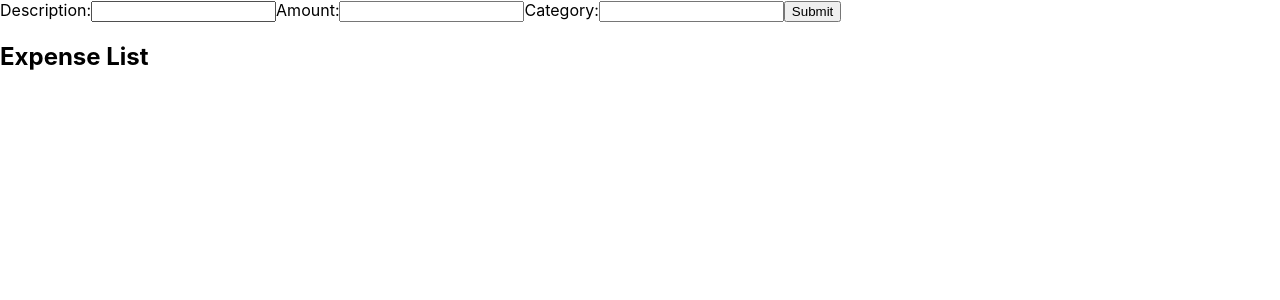
Repository: Victor-MGB/basic-expense-tracker
Page: / (app in expense-tracker/)
These files come from the project's save history. The page is drawn as it stood at one moment and after the next save; the edit follows.
The browser window is 1280 px wide. The pictures show the whole page.
The project was rebuilt for these pictures with package versions that can differ from the ones it lists, and the page was loaded fresh each time. Also part of the build but not shown: expense-tracker/src/component/ExpenseItem.js.

Above is the page before, as saved 2023-12-10 22:39:10.

### expense-tracker/src/App.js
import React, { useState } from 'react';
import { ExpenseForm } from './component/ExpenseForm';
import ExpenseList from './component/ExpenseList';
function App(){

  const [expense,setExpense]=useState([])
  const handleAddExpense=(newExpense)=>{
    setExpense([...expense,newExpense])
  }

  const handleDeleteExpense=(expenseId)=>{
    setExpense(expense.filter((expense)=>expense.id !== expenseId))
  }

  const handleUpdateExpense=(updatedExpense)=>{
    setExpense((prevExpense)=>prevExpense.map((expense)=>expense.id === updatedExpense.id ? updatedExpense : expense
    )
    )
  }
  return(
    <>
    <ExpenseForm onAddExpense={handleAddExpense}/>
    <ExpenseList expense={expense}
    onDeleteExpense={handleDeleteExpense}
    onUpdateExpense={handleUpdateExpense}/>
    </>
  )
}
export default App;

### expense-tracker/src/component/ExpenseForm.js
import React, { useState } from 'react'
export function ExpenseForm({onAddExpense}) {
    const [description,setDescription] = useState('');
    const [amount,setAmount] = useState('');
    const [category,setCategory] = useState('')

    const handleDescription=(e)=>{
        setDescription(e.target.value)
    }

    const handleAmount=(e)=>{
        setAmount(e.target.value)
    }

    const handleCategory =(e)=>{
        setCategory(e.target.value)
    }


    const handleSubmit=(e)=>{
        e.preventDefault()

        if(!description || !amount ||!category){
            alert('fill in the field')
            return;

        }

        const newExpense = {
            id:Date.now(),
            description,
            amount:parseFloat(amount),
            category,
        }

        onAddExpense(newExpense);

        setDescription('');
        setAmount('');
        setCategory('')
    }

    const formStyle ={
        maxWidth:''
    }

    return (
        <>
           <form onSubmit={handleSubmit} style={formStyle}>
            <label>
                Description:
                <input type='text' value={description} onChange={handleDescription}/>
            </label>

            <label>
                Amount:
                <input type='text' value={amount} onChange={handleAmount}/>
            </label>

            <label>
                Category:
                <input type='text' value={category} onChange={handleCategory}/>
            </label>

            <button type='submit'> Submit</button>
            </form>
        </>
    )
}

### expense-tracker/src/component/ExpenseList.js
import React from 'react'
import ExpenseItem from './ExpenseItem'

function ExpenseList({expense,onDeleteExpense,onUpdateExpense}) {
  return (
    <div>
        <h2>Expense List</h2>
        <ul>
            {
                expense.map((expense)=>(
                    <li key={expense.id}>
                        <ExpenseItem expense={expense}
                        onDeleteExpense={onDeleteExpense}
                        onUpdateExpense={onUpdateExpense}/>
                    </li>
                ))
            }
        </ul>
    </div>
  )
}

export default ExpenseList

Loaded but not shown: expense-tracker/public/index.html (common file); expense-tracker/src/index.js (common file); expense-tracker/src/index.css (common file); expense-tracker/src/reportWebVitals.js (common file)

After the next save:
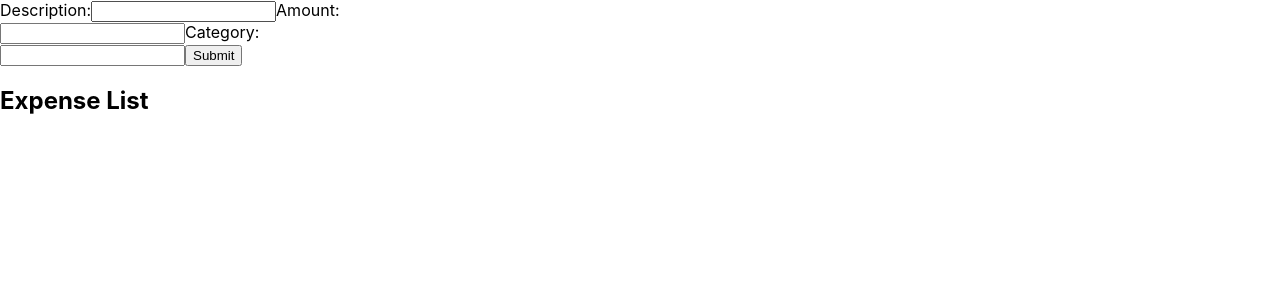
Saved 4 s later.
--- a/expense-tracker/src/component/ExpenseForm.js
+++ b/expense-tracker/src/component/ExpenseForm.js
@@ -41,7 +41,7 @@ export function ExpenseForm({onAddExpense}) {
     }
 
     const formStyle ={
-        maxWidth:''
+        maxWidth:'400px'
     }
 
     return (
